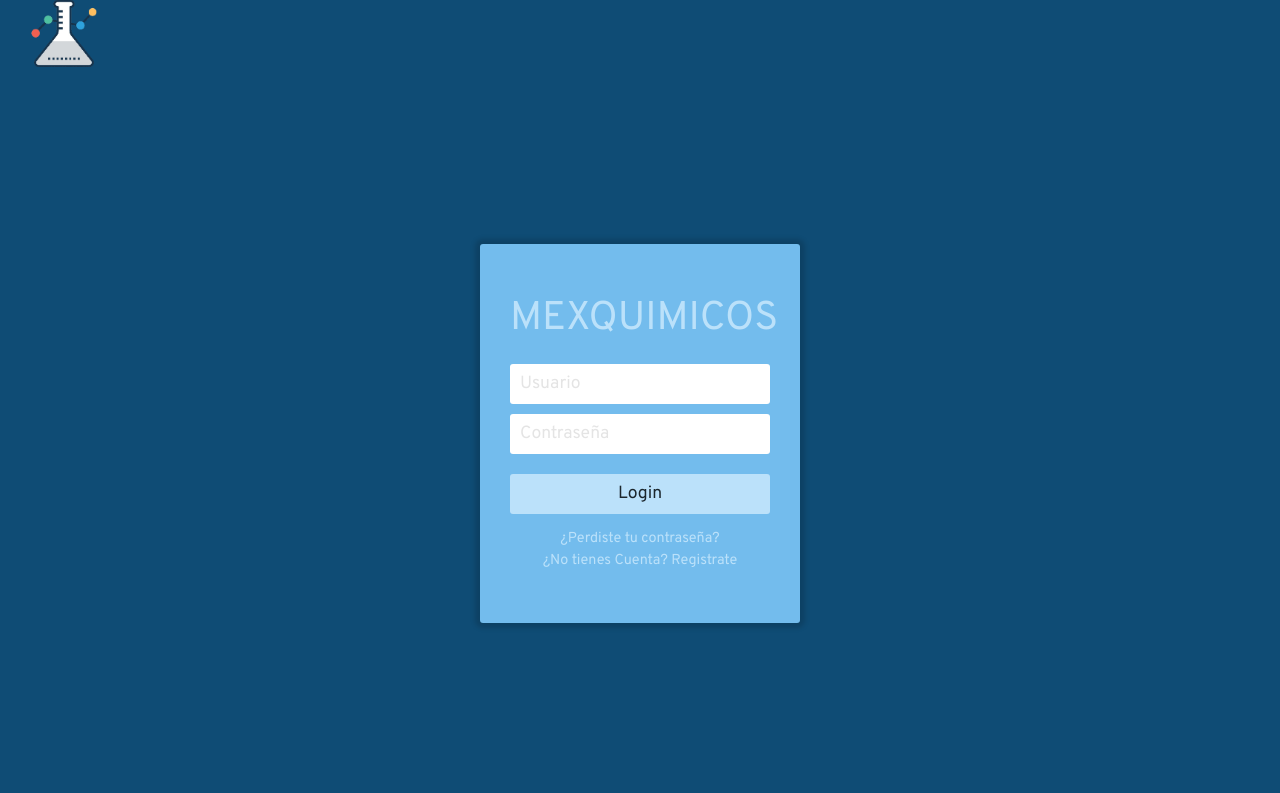
Repository: iDiv3r/MexiQuimicosIsay
Page: Index.html
These files come from the project's save history. The page is drawn as it stood at one moment and after a run of saves; the edit follows.
The browser window is 1280 px wide. The pictures show the whole page.

Above is the page before, as saved 2023-11-26 16:08:36.

After the next 2 saves:
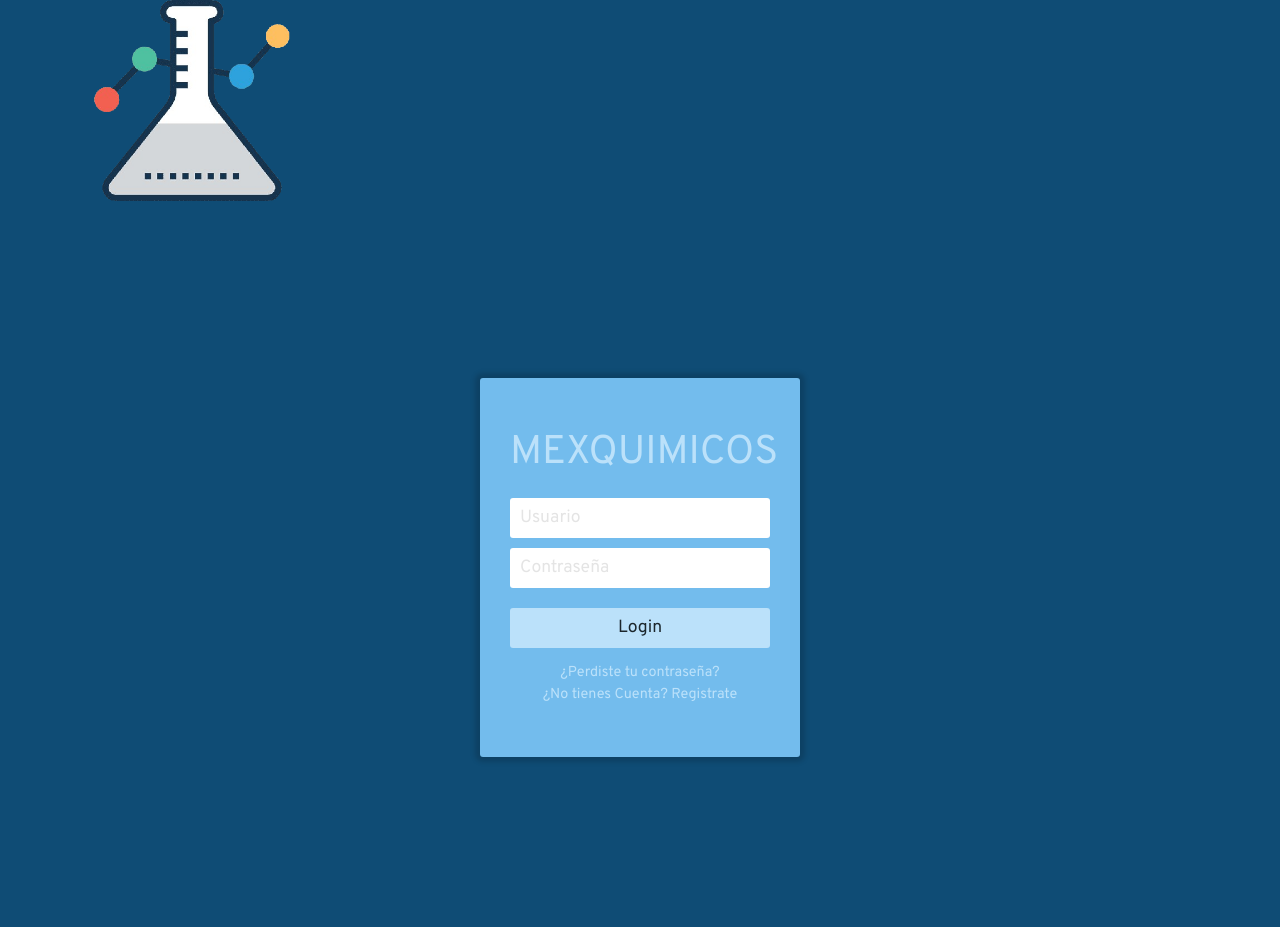
The 2 saves are shown as one change because they came seconds apart.
The last was saved 8 s later.
--- a/css/login.css
+++ b/css/login.css
@@ -133,7 +133,7 @@ body {
 .logo{
     image-rendering: auto;
     border-image: no-repeat;
-    width: 10%;
-    height: 10%;
+    width: 30%;
+    height: 30%;
     border : 0;
 }
